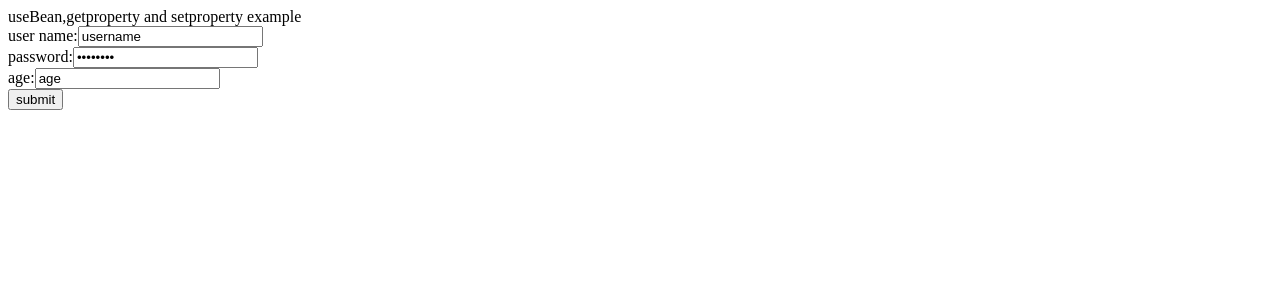
Repository: LAKSHMINAVYATADIKAMALLA/training
Page: http://localhost/JspGetandSet/
These files come from the project's save history. The page is drawn as it stood at one moment and after the next save; the edit follows.
The browser window is 1280 px wide. The pictures show the whole page.
The page is served by Tomcat 9.

Above is the page before, as saved 2020-02-12 04:32:40.

After the next save:
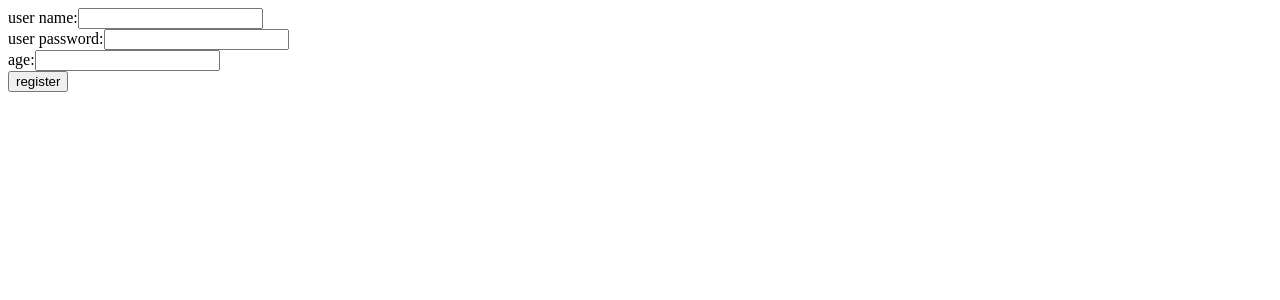
Saved 2 min 11 s later.
--- a/JspGetandSet/WebContent/index.jsp
+++ b/JspGetandSet/WebContent/index.jsp
@@ -1,19 +1,18 @@
 <%@ page language="java" contentType="text/html; charset=ISO-8859-1"
-    pageEncoding="ISO-8859-1"%>
+   pageEncoding="ISO-8859-1"%>
 <!DOCTYPE html PUBLIC "-//W3C//DTD HTML 4.01 Transitional//EN" "http://www.w3.org/TR/html4/loose.dtd">
 <html>
 <head>
-useBean,getproperty and setproperty example
 <meta http-equiv="Content-Type" content="text/html; charset=ISO-8859-1">
 <title>Insert title here</title>
 </head>
 <body>
 <form action="Userdetails.jsp" method="post">
-user name:<input type="text" value="username"><br>
-password:<input type="password" value="password"><br>
-age:<input type="text" value="age"><br>
-<input type="submit" value="submit">
-</form>
+user name:<input type="text" name="username">
+<br>
+user password:<input type="password" name="password"><br>
+age:<input type="text" name="age"><br>
+<input type="submit" value="register"></form>
 
 </body>
 </html>
